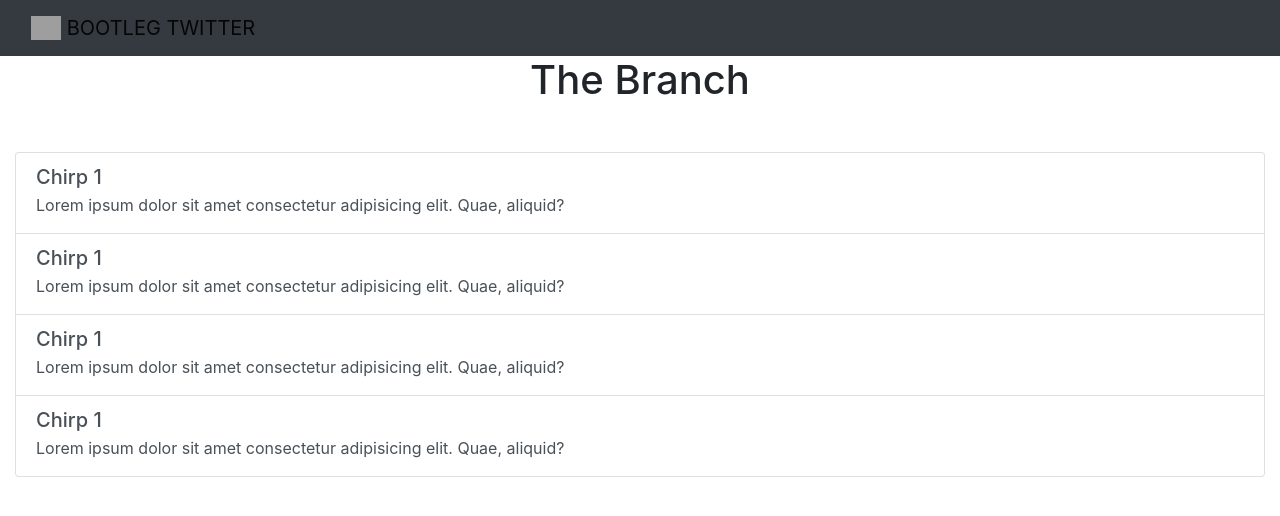
Repository: DavidDontKnow/BootlegTwitter
Page: html/FEED.HTML
The author's editor kept a copy of each file at every save. The page is drawn from the files as they stood at one save, then again after the next save.
The browser window is 1280 px wide. The pictures show the whole page.
Pictures or frames that could not be fetched are drawn as grey boxes.

Above is the page before, as saved 2023-04-06 10:57:09.

After the next save:
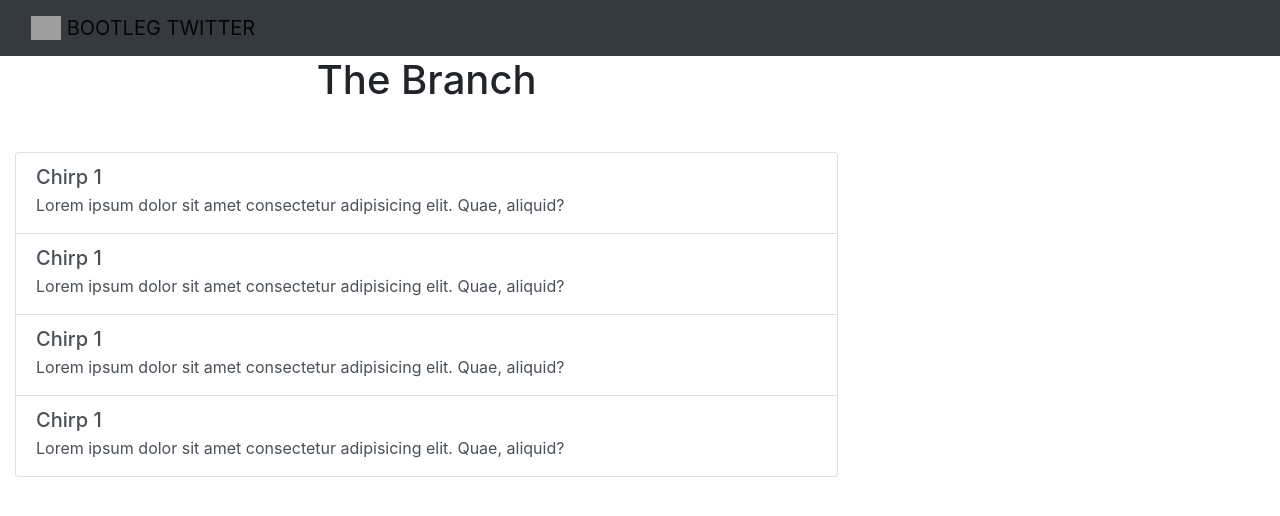
Saved 38 s later.
--- a/html/FEED.HTML
+++ b/html/FEED.HTML
@@ -22,7 +22,8 @@
 
       <div class="container-fluid">
         <div class="row">
-            <div class="col-md-12">
+            <div class=""col-md-2></div>
+            <div class="col-md-8">
                 <h1 class="text-center mb-5">The Branch</h1>
                 <div class="list-group">
                     <a href="#" class="list-group-item list-group-item-action">
